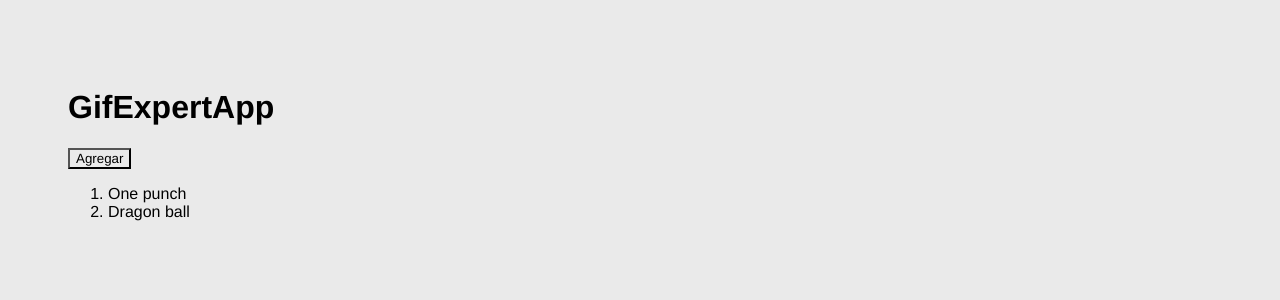
Repository: mmg0206/react-gif-expert
Page: /
The author's editor kept a copy of each file at every save. The page is drawn from the files as they stood at one save, then again after the next save.
The browser window is 1280 px wide. The pictures show the whole page.
The project was rebuilt for these pictures with package versions that can differ from the ones it lists, and the page was loaded fresh each time. Also part of the build but not shown: vite.config.js.

Above is the page before, as saved 2024-04-13 18:37:58.

### src/main.jsx
import React from 'react'
import ReactDOM from 'react-dom/client'
import { GifExpertApp } from './GifExpertApp.jsx'
import './styles.css';


ReactDOM.createRoot(document.getElementById('root')).render(
  <React.StrictMode>
    <GifExpertApp/>
  </React.StrictMode>
)

### src/GifExpertApp.jsx
import { useState } from "react";

export const GifExpertApp = () => {
  // const apiKey ='Ls33XwmjLip5m9fo9lFfzjgpz7a8Isa8';
  const [categories, setCategories] = useState(['One punch', 'Dragon ball']);
  const onAddCategory =()=>{
    setCategories('Valorant');
  }


  return (
    <>
      {/* titulo */}
      <h1>GifExpertApp</h1>

      {/* input */}

      {/* listado de gifs */}
      <button onClick={()=>onAddCategory}>Agregar</button>
      <ol>
        {
          categories.map(el =>{
              return <li key={el}>{el}</li>
          })
        }
      </ol>
        {/* Gif item */}
    </>
  )
}

Loaded but not shown: index.html (common file); src/styles.css (common file)

After the next save:
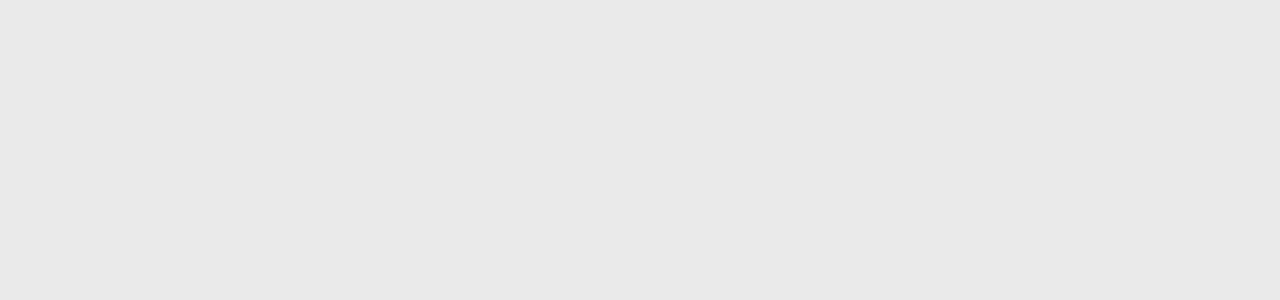
Console error: TypeError: categories.map is not a function
Saved 2 min 24 s later.
--- a/src/GifExpertApp.jsx
+++ b/src/GifExpertApp.jsx
@@ -16,7 +16,7 @@
       {/* input */}
 
       {/* listado de gifs */}
-      <button onClick={()=>onAddCategory}>Agregar</button>
+      <button onClick={onAddCategory()}>Agregar</button>
       <ol>
         {
           categories.map(el =>{

After the save that followed:
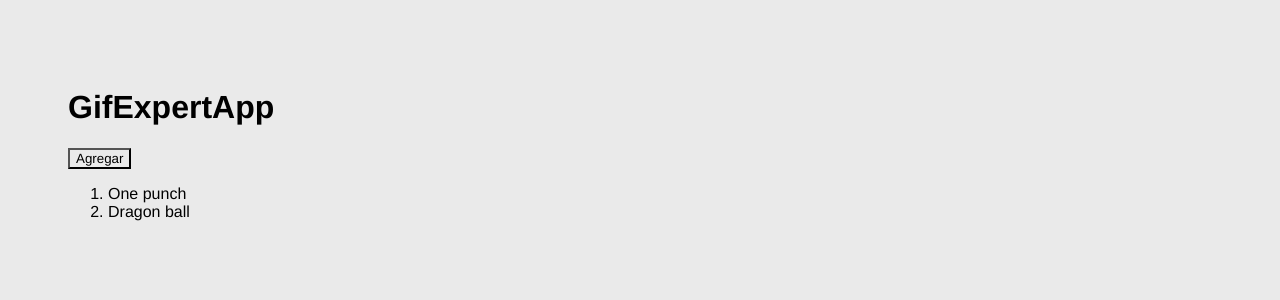
The error is gone.
Saved 24 s later.
--- a/src/GifExpertApp.jsx
+++ b/src/GifExpertApp.jsx
@@ -16,7 +16,7 @@
       {/* input */}
 
       {/* listado de gifs */}
-      <button onClick={onAddCategory()}>Agregar</button>
+      <button onClick={()=>onAddCategory()}>Agregar</button>
       <ol>
         {
           categories.map(el =>{
